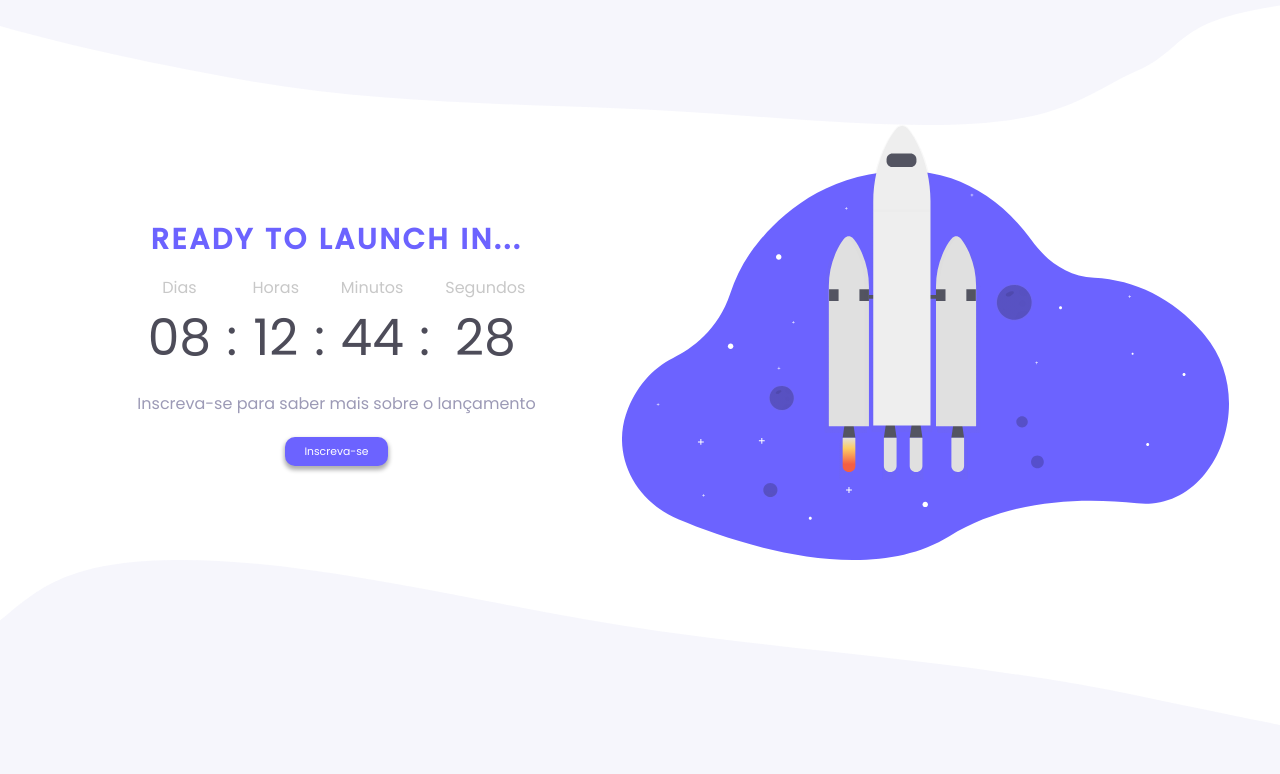
Repository: BrunoBross/countdown
Page: index.html
The author's editor kept a copy of each file at every save. The page is drawn from the files as they stood at one save, then again after the next save.
The browser window is 1280 px wide. The pictures show the whole page.

Above is the page before, as saved 2021-11-30 01:09:25.
Console error: TypeError: Cannot set properties of null (setting 'innerHTML')

After the next save:
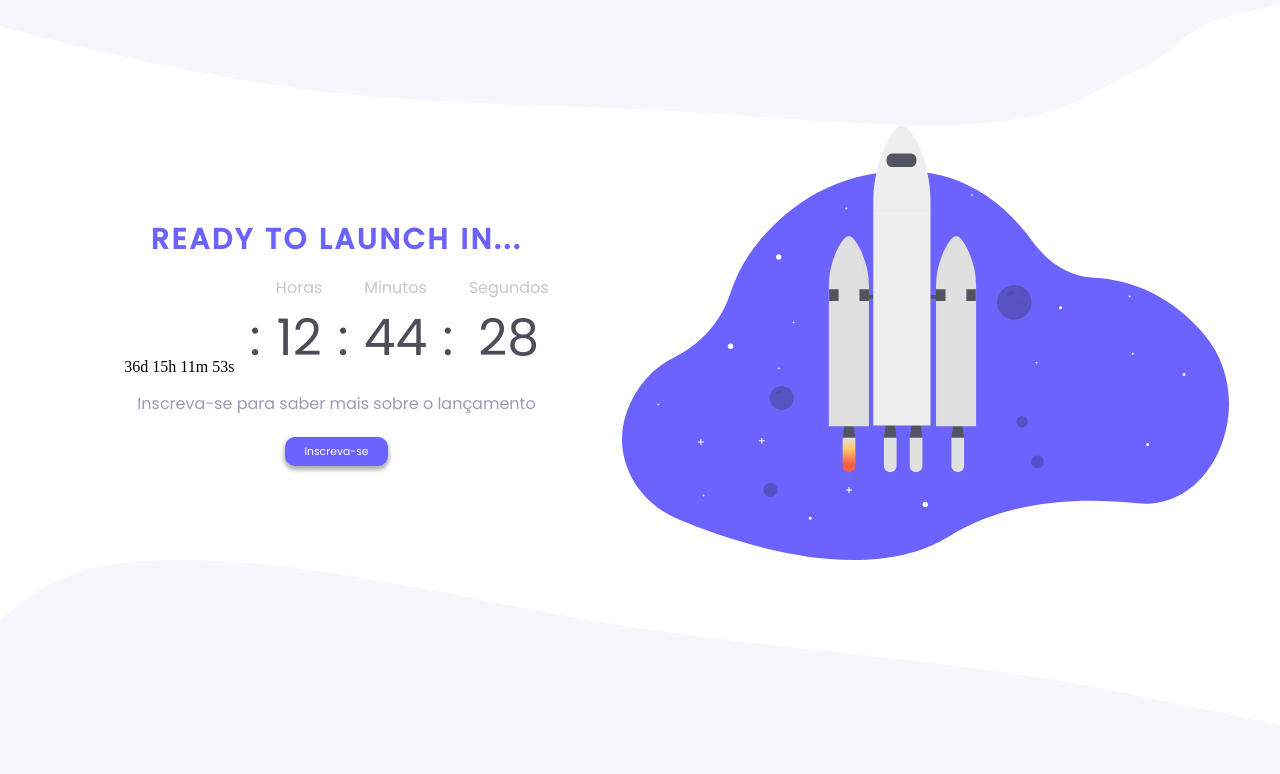
The error is gone.
Saved 52 s later.
--- a/script.js
+++ b/script.js
@@ -17,7 +17,7 @@ var x = setInterval(function() {
   var seconds = Math.floor((distance % (1000 * 60)) / 1000);
 
   // Display the result in the element with id="demo"
-  document.getElementById("demo").innerHTML = days + "d " + hours + "h "
+  document.querySelector("#day").innerHTML = days + "d " + hours + "h "
   + minutes + "m " + seconds + "s ";
 
   // If the count down is finished, write some text
